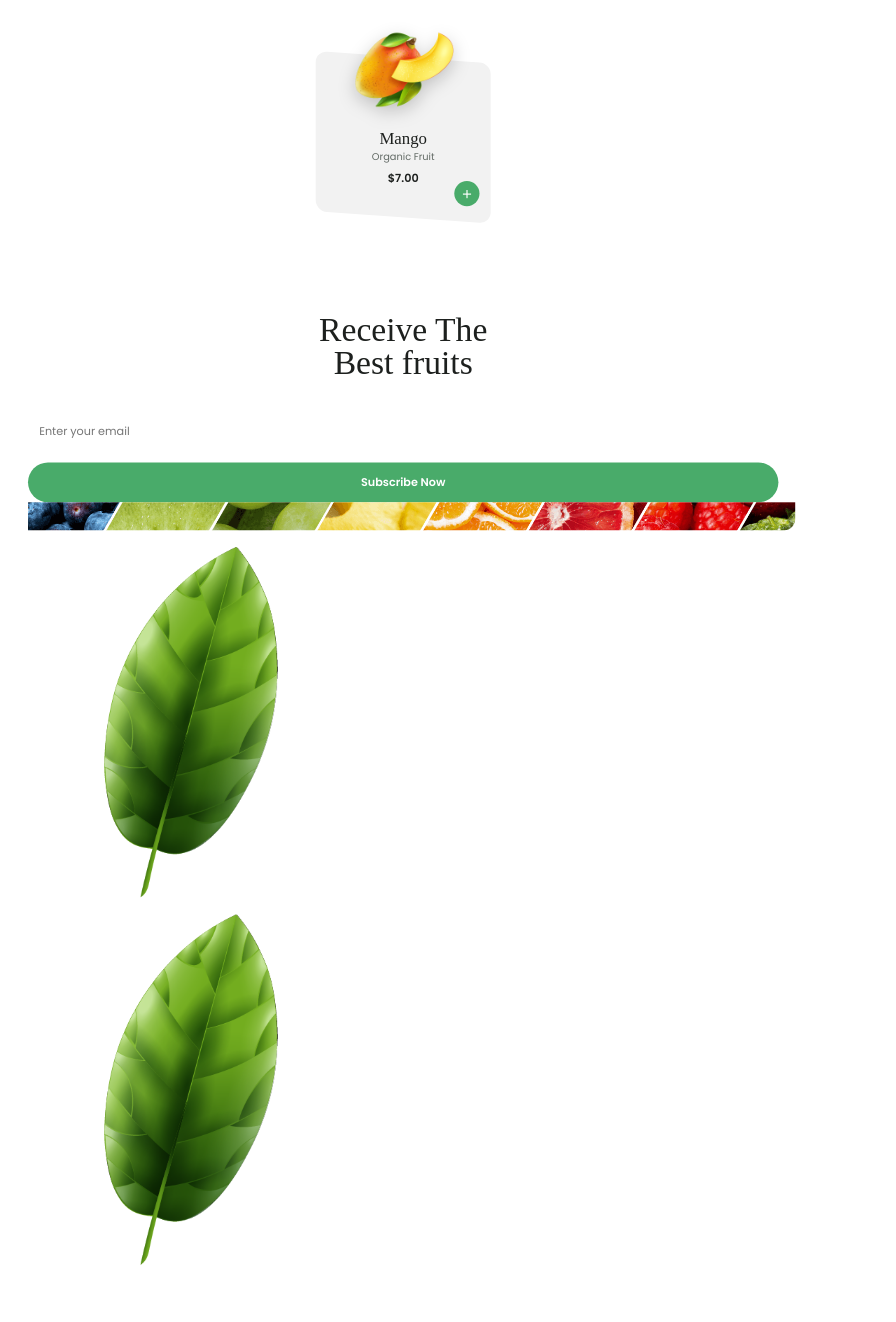
Repository: dinhhaidh/fruit
Page: index.html
An editor plug-in stored every save of this project. The page is shown before and after a run of saves, followed by the edit.
The browser window is 1280 px wide. The pictures show the part of the page from y = 4181 to 6101 px (the page is 6069 px tall before and 6101 px after), at 70% of full size.
Some web fonts or font styles are not loaded; a fallback is used.

Above is the page before, as saved 2024-02-19 10:02:39.
Console error: ReferenceError: ScrollReveal is not defined

### index.html
<!DOCTYPE html>
<html lang="en">
<head>
    <meta charset="UTF-8">
    <meta name="viewport" content="width=device-width, initial-scale=1.0">

    <!--=============== FAVICON ===============-->
    <link rel="shortcut icon" href="assets/img/favicon.png" type="image/x-icon">

    <!--=============== REMIXICONS ===============-->
    <link rel="stylesheet" href="https://cdnjs.cloudflare.com/ajax/libs/remixicon/3.5.0/remixicon.css" crossorigin="">

    <!--=============== CSS ===============-->
    <link rel="stylesheet" href="./css/style.css">

    <title>Responsive fruit website - Bedimcode</title>
</head>
<body>
    <!--==================== HEADER ====================-->
    <header class="header" id="header">
        <nav class="nav container">
            <a href="#" class="nav__logo">
                <img src="./img/logo.png" alt=""> Fruit
            </a>
            <div class="nav__menu" id="nav-menu">
                <ul class="nav__list">
                    <li class="nav__item">
                        <a href="#Home" class="nav__link">Home</a>
                    </li>
                    <li class="nav__item">
                        <a href="#enjoy" class="nav__link">About Us</a>
                    </li>
                    <li class="nav__item">
                        <a href="#popular" class="nav__link">Popular</a>
                    </li>
                    <li class="nav__item">
                        <a href="#join" class="nav__link">Join Us</a>
                    </li>
                </ul>

                <a href="#" class="nav__close" id="nav-close">
                    <i class="ri-close-line"></i>
                </a>

                <img src="./img/branch-2.png" alt="" class="nav__img-1">
                <img src="./img/fruit-line-1.png" alt="" class="nav__img-2">
            </div>

            <div class="nav__buttons">

                <i class="ri-moon-line theme__button" id="theme-button"></i>

                <div class="nav__toggle" id="nav-toggle">
                    <i class="ri-apps-2-line"></i>
                </div>
            </div>
        </nav>
    </header>

    <!--==================== MAIN ====================-->
    <main class="main">
        <!--==================== HOME ====================-->
        <section class="home section" id="home">
            <div class="home__container container grid">
                <div class="home__data">
                    <h1 class="home__title">Enjoy The <br>
                        Best Fresh <br>
                        Fruits
                    </h1>
                    <p class="home__desc">Enjoy the best organic fruits harvested with the best possible quality, obtaining unique and delicious favours</p>
                    <img src="./img/fruit-line-2.png" alt="image" class="home__fruit">
                    <a href="#" class="button">
                        Order Fruit Now
                    </a>
                </div>
                <img src="./img/home-fruits.png" alt="image" class="home__img">
            </div>
            <img src="./img/branch-2.png" alt="image" class="home__branch">
        </section>

        <!--==================== ENJOY ====================-->
        <section class="enjoy section">
            <h2 class="section__title">Eat And Enjoy</h2>
            <div class="enjoy__container container grid">
                <article class="enjoy__card">
                    <div class="enjoy__bg"></div>

                    <img src="./img/enjoy-1.png" alt="" class="enjoy__img">
                    <h3 class="enjoy__title">Healthy</h3>
                    <span class="enjoy__subtitle">Tropical Fruit</span>
                </article>
                <article class="enjoy__card">
                    <div class="enjoy__bg"></div>

                    <img src="./img/enjoy-2.png" alt="" class="enjoy__img">
                    <h3 class="enjoy__title">Healthy</h3>
                    <span class="enjoy__subtitle">Tropical Fruit</span>
                </article>
                <article class="enjoy__card">
                    <div class="enjoy__bg"></div>

                    <img src="./img/enjoy-3.png" alt="" class="enjoy__img">
                    <h3 class="enjoy__title">Healthy</h3>
                    <span class="enjoy__subtitle">Tropical Fruit</span>
                </article>
            </div>
        </section>

        <!--==================== ABOUT US ====================-->
        <section class="about section" id="about">
            <div class="about__container container grid">
                <div class="about__data">
                    <h2 class="section__title">
                        We Provide <br>
                        Healthy Fruits
                    </h2>
                    <p class="about__desc">Lorem ipsum dolor sit amet, consectetur adipisicing elit. Iusto voluptatum officia non dolores illum, hic necessitatibus sit? Sapiente, voluptatem nisi!</p>
                    <a href="#" class="button">Know More</a>
                    <img src="./img/fruit-line-1.png" alt="image" class="about__fruit">
                </div>
                <img src="./img/about-fruits.png" alt="image" class="about__img">
            </div>
            <img src="./img/branch-1.png" alt="image" class="about__branch">

        </section>

        <!--==================== POPULAR ====================-->
        <section class="popular section" id="popular">
            <h2 class="section__title">Popular Fruits</h2>
            <div class="popular__container container grid">
                <article class="popular__card">
                    <div class="popular__bg"></div>

                    <img src="./img/popular-1.png" alt="" class="popular__img">
                    <h2 class="popular__title">Apple</h2>
                    <span class="popular__subtitle">Organic Fruit</span>
                    <h3 class="popular__price">$4.00</h3>
                    <a href="#" class="popular__button button">
                        <i class="ri-add-line"></i>
                    </a>
                </article>
                <article class="popular__card">
                    <div class="popular__bg"></div>

                    <img src="./img/popular-2.png" alt="" class="popular__img">
                    <h2 class="popular__title">Watermelon</h2>
                    <span class="popular__subtitle">Organic Fruit</span>
                    <h3 class="popular__price">$7.00</h3>
                    <a href="#" class="popular__button button">
                        <i class="ri-add-line"></i>
                    </a>
                </article>

                <article class="popular__card">
                    <div class="popular__bg"></div>

                    <img src="./img/popular-3.png" alt="" class="popular__img">
                    <h2 class="popular__title">Pineapple</h2>
                    <span class="popular__subtitle">Organic Fruit</span>
                    <h3 class="popular__price">$5.00</h3>
                    <a href="#" class="popular__button button">
                        <i class="ri-add-line"></i>
                    </a>
                </article>

                <article class="popular__card">
                    <div class="popular__bg"></div>

                    <img src="./img/popular-4.png" alt="" class="popular__img">
                    <h2 class="popular__title">Banana</h2>
                    <span class="popular__subtitle">Organic Fruit</span>
                    <h3 class="popular__price">$3.00</h3>
                    <a href="#" class="popular__button button">
                        <i class="ri-add-line"></i>
                    </a>
                </article>

                <article class="popular__card">
                    <div class="popular__bg"></div>

                    <img src="./img/popular-5.png" alt="" class="popular__img">
                    <h2 class="popular__title">Strawberry</h2>
                    <span class="popular__subtitle">Organic Fruit</span>
                    <h3 class="popular__price">$8.00</h3>
                    <a href="#" class="popular__button button">
                        <i class="ri-add-line"></i>
                    </a>
                </article>

                <article class="popular__card">
                    <div class="popular__bg"></div>

                    <img src="./img/popular-6.png" alt="" class="popular__img">
                    <h2 class="popular__title">Mango</h2>
                    <span class="popular__subtitle">Organic Fruit</span>
                    <h3 class="popular__price">$7.00</h3>
                    <a href="#" class="popular__button button">
                        <i class="ri-add-line"></i>
                    </a>
                </article>

            </div>
        </section>

        <!--==================== JOIN US ====================-->
        <section class="join section" id="join">
            <div class="join__container container grid">
                <div class="join__content grid">
                    <div class="join__data">
                        <h2 class="section__title">Receive The <br>
                            Best fruits
                        </h2>
                        <p class="join__desc">
                            Get up to date with the latest fruit harvests and information form us.
                        </p>
                        <form action="" class="join__form">
                            <input type="email" placeholder="Enter your email" class="join__input">
                            <a href="#" class="join__button button">Subscribe Now</a>
                        </form>
                        <img src="./img/join-bg.png" alt="image" class="join__bg">
                    </div>
                </div>
                <img src="./img/leaf.png" alt="" class="join__img-1">
                <img src="./img/leaf.png" alt="" class="join__img-2">
            </div>

        </section>
    </main>

    <!--==================== FOOTER ====================-->
    <footer class="footer">

    </footer>

    <!--========== SCROLL UP ==========-->


    <!--=============== SCROLLREVEAL ===============-->
    <script src=""></script>

    <script src="https://code.jquery.com/jquery-3.7.1.slim.min.js"></script>

    <!--=============== MAIN JS ===============-->
    <script src="./js/main.js"></script>
</body>
</html>

### css/style.css
/*=============== GOOGLE FONTS ===============*/
@import url("https://fonts.googleapis.com/css2?family=Cherry+Bomb+One&family=Poppins:wght@400;500;600&display=swap");

/*=============== VARIABLES CSS ===============*/
:root {
  --header-height: 3.5rem;

  /*========== Colors ==========*/
  /*Color mode HSL(hue, saturation, lightness)*/
  --first-color: hsl(140, 40%, 48%);
  --first-color-alt: hsl(140, 40%, 44%);
  --title-color: hsl(140, 4%, 12%);
  --text-color: hsl(140, 4%, 40%);
  --text-color-light: hsl(140, 4%, 64%);
  --white-color: hsl(0, 0%, 100%);
  --body-color: hsl(0, 0%, 100%);
  --container-color: hsl(0, 0%, 95%);
  --shadow-img: drop-shadow(0 8px 12px hsla(0, 0%, 0%, .2));
  --filter-img: invert(1);

  /*========== Font and typography ==========*/
  /*.5rem = 8px | 1rem = 16px ...*/
  --body-font: "Poppins", sans-serif;
  --second-font: "Cherry Bomb One", cursive;
  --biggest-font-size: 3rem;
  --big-font-size: 2rem;
  --h1-font-size: 1.5rem;
  --h2-font-size: 1.25rem;
  --h3-font-size: 1rem;
  --normal-font-size: .938rem;
  --small-font-size: .813rem;

  /*========== Font weight ==========*/
  --font-regular: 400;
  --font-medium: 500;
  --font-semi-bold: 600;

  /*========== z index ==========*/
  --z-tooltip: 10;
  --z-fixed: 100;
}

/*========== Responsive typography ==========*/
@media screen and (min-width: 1150px) {
  :root {
    --biggest-font-size: 5.5rem;
    --big-font-size: 3rem;
    --h1-font-size: 2.25rem;
    --h2-font-size: 1.5rem;
    --h3-font-size: 1.25rem;
    --normal-font-size: 1rem;
    --small-font-size: .875rem;
  }
}

/*=============== BASE ===============*/
* {
  box-sizing: border-box;
  padding: 0;
  margin: 0;
}

html {
  scroll-behavior: smooth;
}

body,
input,
button {
  font-family: var(--body-font);
  font-size: var(--normal-font-size);
}

body {
  background-color: var(--body-color);
  color: var(--text-color);
  transition: background-color .4s;
}

input,
button {
  border: none;
  outline: none;
}

h1, h2, h3, h4 {
  color: var(--title-color);
  font-weight: var(--font-medium);
  line-height: 100%;
}

ul {
  list-style: none;
}

a {
  text-decoration: none;
}

img {
  display: block;
  max-width: 100%;
  height: auto;
}

/*=============== THEME ===============*/


/*========== Variables Dark Theme ==========*/



/*==========
	Color changes in some parts of
	the website, in dark theme
==========*/


/*=============== REUSABLE CSS CLASSES ===============*/
.container {
  max-width: 1120px;
  margin-inline: 1.5rem;
}

.grid {
  display: grid;
  gap: 1.5rem;
}

.section {
  padding-block: 5rem 1rem;
}

.section__title {
  font-size: var(--big-font-size);
  font-family: var(--second-font);
  text-align: center;
  margin-bottom: 1rem;
}

.main {
  overflow: hidden; /* For animation ScrollReveal */
}

/*=============== HEADER & NAV ===============*/
.header{
    position: fixed;
    width: 100%;
    top: 0;
    left: 0;
    background-color: var(--body-color);
    z-index: var(--z-fixed);
    transition: box-shadow .4s, background-color .4s;
}
.nav{
    height: var(--header-height);
    display:flex;
    align-items: center;
    justify-content: space-between;
}
.nav__close,
.nav__toggle,
.nav__logo{
    display:flex;
    align-items: center;
    justify-content: center;
    color: var(--title-color);
}
.nav__logo{
    column-gap: 0.25rem;
    font-family: var(--second-font);
    font-size: var(--h3-font-size);
}
.nav__logo img {
    width: 1.25rem;
}
.nav__link{
    color: var(--title-color);
    font-weight: var(--font-semi-bold);
    transition: color .4s;
}
.nav__link:hover{
    color: var(--first-color);
}
.nav__buttons{
    display: flex;
    column-gap: 1rem;
}

/* Navigation for mobile devices */
@media screen and (max-width: 1150px) {
    .nav__menu{
        position: fixed;
        width: 100%;
        top: -100%;
        left: 0;
        background-color: var(--body-color);
        box-shadow:  0 2px 16px hsla(0, 0%, 0%, .1);
        z-index: var(--z-fixed);
        padding-block: 4.5rem;
        transition: top .4s;
    }
    .nav__close{
        position: absolute;
        top: 1.2rem;
        right: 1.5rem;
    }
    .nav__list{
        display: flex;
        flex-direction: column;
        row-gap: 2.5rem;
        text-align: center;
    }
    .nav__img-1,
    .nav__img-2{
        position: absolute;
        filter: var(--filter-img);
    }
    .nav__img-1{
        top: -2.5rem;
        width: 150px;
        rotate: 180deg;
        left: -3.5rem;
    }
    .nav__img-2{
        width: 50px;
        bottom: 2.5rem;
        right: 2.5rem;
    }
}


/* Show menu */
.show-menu{
    top: 0;
}

/* Add shadow header */


/* Active link */


/*=============== HOME ===============*/
.home{
    position: relative;
}

.container{
    margin-inline: 1rem;
}

.home__container {
    padding-top: 2.5rem;
    row-gap: 2rem;
}
.home__data{
    position: relative;
    text-align: center;
}
.home__title{
    font-size: var(--biggest-font-size);
    font-family: var(--second-font);
    margin-bottom: 1rem;
}
.home__desc{
    margin-bottom: 2rem;
}
.button{
    display: inline-block;
    background-color: var(--first-color);
    color: var(--white-color);
    padding: 1rem 2rem;
    border-radius: 4rem;
    font-weight: var(--font-semi-bold);
    transition: box-shadow .4s;
}
.button:hover{
    box-shadow: 0 8px 24px hsla(140, 40%, 48%, .3);
}
.home__fruit,
.home__branch{
    position: absolute;
    filter: var(--filter-img);

}
.home__fruit{
    width: 40px;
    top: 6.75rem;
    left: 1rem;
}
.home__img{
    width: 320px;
    justify-self: center;
    filter: var(--shadow-img);
}
.home__branch{
    width: 120px;
    right: -3rem;
    bottom: 15rem;
}

/*=============== BUTTON ===============*/


/*=============== ENJOY ===============*/
.enjoy{

}

.enjoy__container{

}

.enjoy__card{
    position: relative;
    text-align: center;
    padding: 1.5rem 2.5rem;
}
.enjoy__bg{
    background-color: var(--container-color);
    width: 100%;
    height: 100%;
    position: absolute;
    top: 0;
    left: 0;
    border-radius: 1rem;
    transform: skew(4deg);
    transition: background-color .4s;
    z-index: -1;
}
.enjoy__img{
    width: 120px;
    margin: 0 auto;
    filter: var(--shadow-img);
    transition: transform .4s;
}
.enjoy__img:hover{
    transform: translateX(-.25rem);
}
.enjoy__title{
    font-family: var(--second-font);
    font-size: var(--h1-font-size);
    margin-bottom: 0.25rem;
}
.enjoy__subtitle{
    font-size: var(--small-font-size);
}

/*=============== ABOUT ===============*/
.about{
    position: relative;
}

.about__data{
    position: relative;
    text-align: center;
}

.about__desc{
    margin-bottom: 2rem;
}

.about__fruit,
.about__branch{
    position: absolute;
    filter: var(--filter-img);

}
.about__fruit{
    bottom: 2rem;
    right: 1rem;
    width: 40px;
}
.about__img{
    box-shadow: var(--shadow-img);
    width: 320px;
    justify-self: center;
}
.about__branch{
    width: 120px;
    bottom: 15rem;
    rotate: 60deg;
    left: -3.5rem;
}

/*=============== POPULAR ===============*/
.popular{

}

.popular__container{
    padding-top: 6rem;
    grid-template-columns: 250px;
    justify-content: center;
    row-gap: 6rem;
}

.popular__card{
    position: relative;
    text-align: center;
    padding-block: 6.5rem 3rem;
}
.popular__bg{
    width: 100%;
    height: 100%;
    position: absolute;
    top: 0;
    left: 0;
    background-color: var(--container-color);
    z-index: -1;
    transform: skewY(4deg);
    border-radius: 1rem;
    transition: background-color .4s;
}
.popular__img{
    margin: 0 auto 0.75rem;
    width: 150px;
    position: absolute;
    top: -4rem;
    left: 0;
    right: 0;
    filter: var(--shadow-img);
    transition: .4s;
}
.popular__title{
    font-size: var(--h2-font-size);
    font-family: var(--second-font);
    margin-bottom: 0.25rem;
}
.popular__subtitle{
    margin-bottom: 0.75rem;
    display: block;
    font-size: var(--small-font-size);
}
.popular__price{
    font-size: var(--normal-font-size);
    font-weight: var(--font-semi-bold);
}
.popular__button{
    width: 36px;
    height: 36px;
    padding: 8px;
    color: var(--white-color);
    place-items: center;
    font-size: 1.25rem;
    cursor: pointer;
    display: grid;
    font-weight: inherit;
    position: absolute;
    right: 1rem;
    bottom: 1rem;
}



/*=============== JOIN ===============*/
.join{

}

.join__container{
    position: relative;
    padding-bottom: 4rem;
}

.join__content{
    position: relative;
    padding: 2.5rem 1.5rem;
    row-gap: 2rem;
    border-radius: 1rem;
    overflow: hidden;
}
.join__content::after{

}
.join__data,
.join__desc{
    text-align: center;
    color: var(--white-color)
}
.join__data{

}
.join__desc{

}
.join__form{
    display: grid;
    row-gap: 0.75rem;
}
.join__input{
    padding: 1.25rem 1rem;
}
.join__button{

}
.join__bg{
    position: absolute;
    width: 100%;
    height: 100%;
    object-fit: cover;
    object-position: left;
}
.button{

}
.join__img-1,
.join__img-2{
    /* position: absolute; */
}
.join__img-1{

}
.join__img-2{

}

/*=============== FOOTER ===============*/


/*=============== SCROLL BAR ===============*/


/*=============== SCROLL UP ===============*/


/* Show Scroll Up */


/*=============== BREAKPOINTS ===============*/
/* For small devices */


/* For medium devices */


/* For large devices */

### js/main.js
$(document).ready(function () {
  $("#nav-toggle").click(function(){
    $("#nav-menu").addClass("show-menu");
  });
  $("#nav-close").click(function(){
    $("#nav-menu").removeClass("show-menu");
  });
  $("#nav__link").click(function(){
    $('.active-link').removeClass("show-menu");
  });

  // khi kích vào nav__link nó sẽ ẳn đi
  $('.nav__item a').click(function(){
    $("#nav-menu").removeClass("show-menu");
  });
  //
  $(window).scroll(function(){
    $("#header").toggleClass("shadow-header", $(this).scrollTop() >= 50);
    $("#scroll-up").toggleClass("show-scroll", $(this).scrollTop() >= 350);

    // // active-link //
    // $('.active-link').addClass('nav__menu');

    /*=============== SCROLL SECTIONS ACTIVE LINK ===============*/
const sections = document.querySelectorAll('section[id]')

const scrollActive = () =>{
  	const scrollDown = window.scrollY

	sections.forEach(current =>{
		const sectionHeight = current.offsetHeight,
            sectionTop = current.offsetTop - 58,
            sectionId = current.getAttribute('id'),
            sectionsClass = document.querySelector('.nav__menu a[href*=' + sectionId + ']')

		if(scrollDown > sectionTop && scrollDown <= sectionTop + sectionHeight){
			sectionsClass.classList.add('active-link')
		}else{
			sectionsClass.classList.remove('active-link')
		}
	})
}
window.addEventListener('scroll', scrollActive)
  });
});


// dark-theme
$(document).ready( function(){
  $('#theme-button').click( function () {
      $('body').toggleClass('dark-theme');
      $('.ri-moon-line').toggleClass('ri-sun-line');
  });
});
//

/*=============== SCROLL REVEAL ANIMATION ===============*/
const sr = ScrollReveal({
  origin: 'top',
  distance: '60px',
  duration: 2500,
  delay: 400,
  // reset: true
})
sr.reveal(`.home__data, .join__container, .footer__container`) //hiệu ứng trên xuống
sr.reveal(`.home__img`,{origin: 'bottom'})
sr.reveal(`.enjoy__card, .popular__card`,{interval: 100}) //hiệu ứng trêm xuống lần lần từng giây
sr.reveal(`.about__data`,{origin: 'right'})
sr.reveal(`.about__img`,{origin: 'left'})

After the next 2 saves:
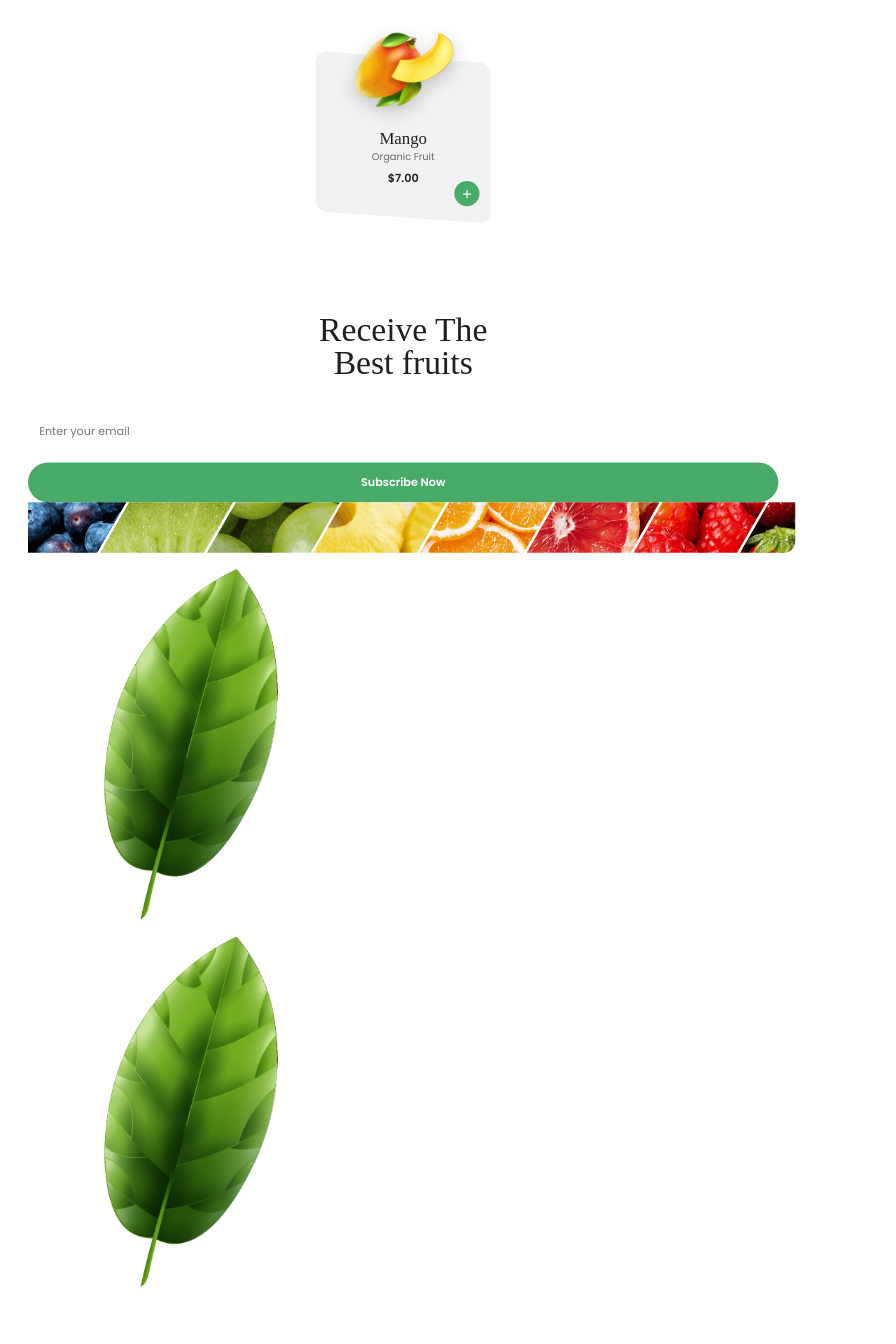
The 2 saves are shown as one change because they came seconds apart.
The last was saved 5 s later.
--- a/css/style.css
+++ b/css/style.css
@@ -472,6 +472,7 @@ img {
     overflow: hidden;
 }
 .join__content::after{
+    content: "";
 
 }
 .join__data,
